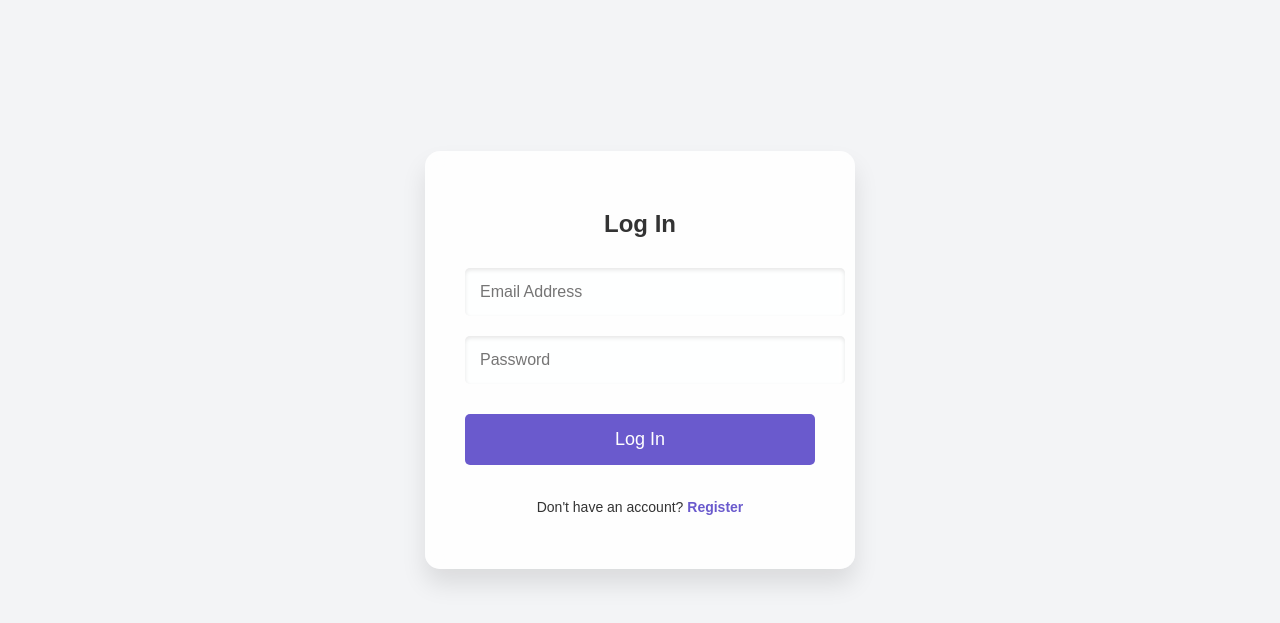
Repository: KabilanCoding/project-nexus
Page: /
The author's editor kept a copy of each file at every save. The page is drawn from the files as they stood at one save, then again after the next save.
The browser window is 1280 px wide. The pictures show the whole page.
The project was rebuilt for these pictures with package versions that can differ from the ones it lists, and the page was loaded fresh each time. Also part of the build but not shown: src/components/Signup.js.

Above is the page before, as saved 2024-08-18 13:42:57.

### src/App.js
import React from 'react';
import { BrowserRouter as Router, Route, Routes } from 'react-router-dom';
import Login from './components/Login';
import Signup from './components/Signup';

function App() {
  return (
    <Router>
      <Routes>
        <Route path="/signup" element={<Signup />} />
        <Route path="/" element={<Login />} />
      </Routes>
    </Router>
  );
}

export default App;

### src/components/Login.js
import React from 'react';
import { Link } from 'react-router-dom';
import './Auth.css';

function Login() {
  return (
    <div className="auth-container">
      <form className="auth-form">
        <h2>Log In</h2>
        <input type="email" placeholder="Email Address" required />
        <input type="password" placeholder="Password" required />
        <button type="submit">Log In</button>
        <p>Don't have an account? <Link to="/signup">Register</Link></p>
      </form>
    </div>
  );
}

export default Login;

### src/components/Auth.css
body {
  margin: 0;
  font-family: 'Poppins', sans-serif;
  display: flex;
  justify-content: center;
  align-items: center;
  height: 100vh;
  background: #f3f4f6;
}

.auth-container {
  width: 350px;
  padding: 40px;
  border-radius: 15px;
  box-shadow: 0 15px 25px rgba(0, 0, 0, 0.1);
  background-color: rgba(255, 255, 255, 0.85);
  backdrop-filter: blur(10px);
  text-align: center;
}

.auth-form h2 {
  margin-bottom: 20px;
  color: #333;
  font-size: 24px;
  font-weight: bold;
}

.auth-form input {
  width: 100%;
  padding: 15px;
  margin: 10px 0;
  border: none;
  border-radius: 5px;
  outline: none;
  background: rgba(255, 255, 255, 0.5);
  box-shadow: inset 0 2px 4px rgba(0, 0, 0, 0.1);
  font-size: 16px;
  color: #333;
}

.auth-form button {
  width: 100%;
  padding: 15px;
  margin: 20px 0;
  border: none;
  border-radius: 5px;
  background-color: #6a5acd;
  color: white;
  font-size: 18px;
  cursor: pointer;
  transition: background-color 0.3s ease;
}

.auth-form button:hover {
  background-color: #5a4cad;
}

.auth-form p {
  color: #333;
  font-size: 14px;
}

.auth-form a {
  color: #6a5acd;
  text-decoration: none;
  font-weight: bold;
}

.auth-form a:hover {
  text-decoration: underline;
}

.auth-background {
  background-size: cover;
  background-position: center;
  height: 100vh;
  width: 100%;
  position: absolute;
  top: 0;
  left: 0;
}

.auth-overlay {
  position: absolute;
  top: 0;
  left: 0;
  width: 100%;
  height: 100%;
  background: linear-gradient(to bottom, rgba(0, 0, 0, 0.5), rgba(0, 0, 0, 0.7));
}

Loaded but not shown: public/index.html (common file); src/index.js (common file); src/index.css (common file)

After the next save:
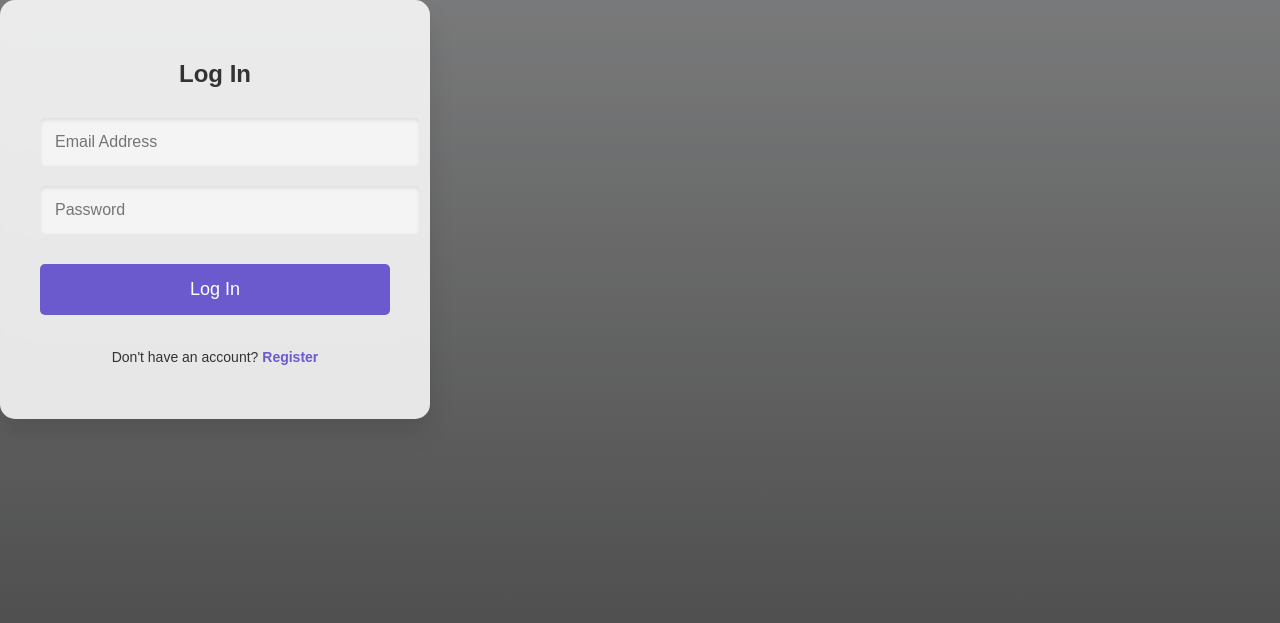
Not found: images/login-bg.jpg
Saved 28 s later.
--- a/src/components/Login.js
+++ b/src/components/Login.js
@@ -4,14 +4,17 @@ import './Auth.css';
 
 function Login() {
   return (
-    <div className="auth-container">
-      <form className="auth-form">
-        <h2>Log In</h2>
-        <input type="email" placeholder="Email Address" required />
-        <input type="password" placeholder="Password" required />
-        <button type="submit">Log In</button>
-        <p>Don't have an account? <Link to="/signup">Register</Link></p>
-      </form>
+    <div className="auth-background" style={{ backgroundImage: 'url(/images/login-bg.jpg)' }}>
+      <div className="auth-overlay"></div>
+      <div className="auth-container">
+        <form className="auth-form">
+          <h2>Log In</h2>
+          <input type="email" placeholder="Email Address" required />
+          <input type="password" placeholder="Password" required />
+          <button type="submit">Log In</button>
+          <p>Don't have an account? <Link to="/signup">Register</Link></p>
+        </form>
+      </div>
     </div>
   );
 }
